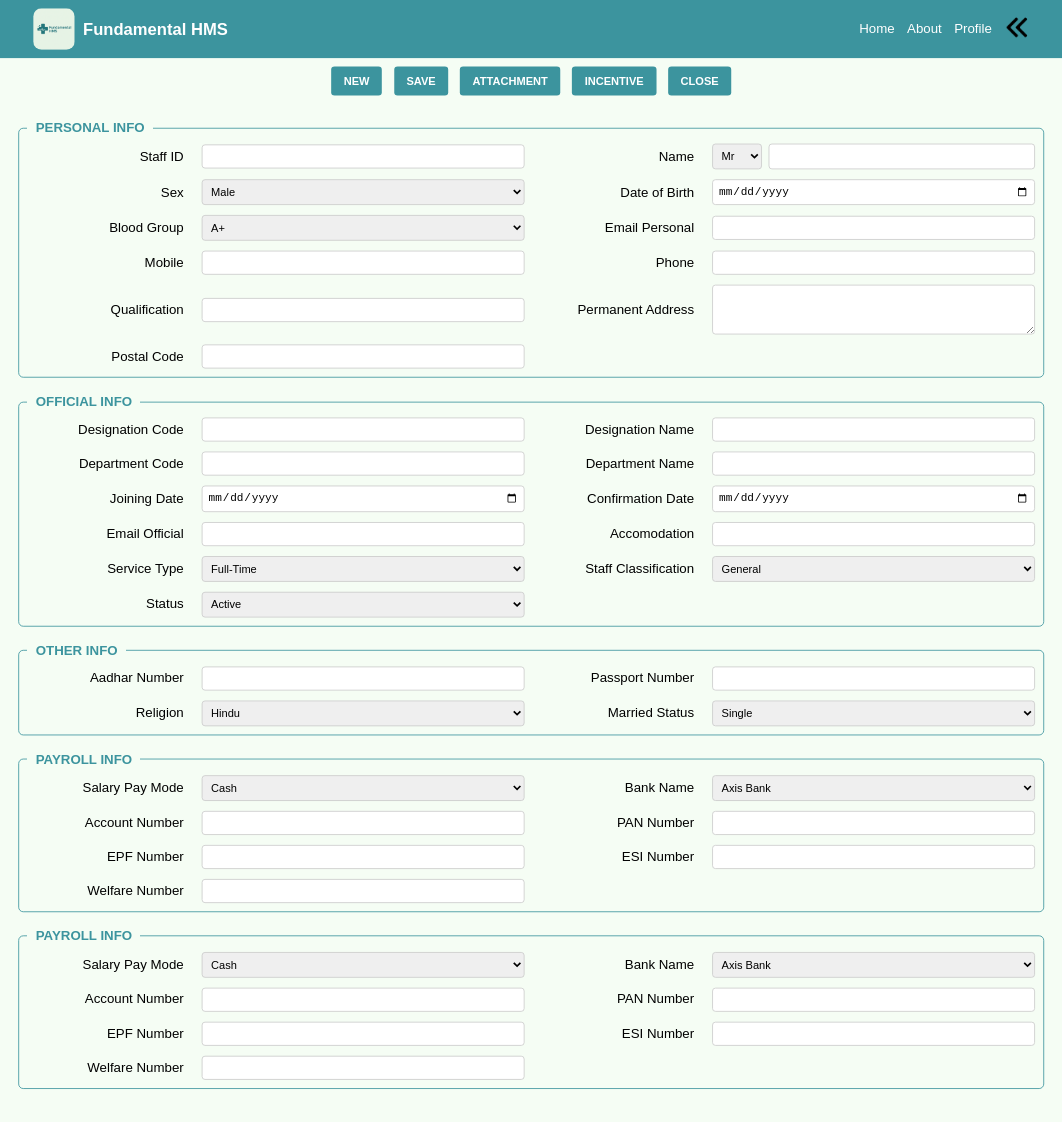
Repository: NAGENDRAN0/New
Page: http://localhost/staff
The author's editor kept a copy of each file at every save. The page is drawn from the files as they stood at one save, then again after the next save.
The browser window is 1280 px wide. The pictures show the whole page, at 83% of full size.
The page is this project's Thymeleaf template; nobody is signed in. The template is opened directly, without the code that normally fills it, so the values that code supplies are empty.

Above is the page before, as saved 2025-05-19 11:01:54.

After the next save:
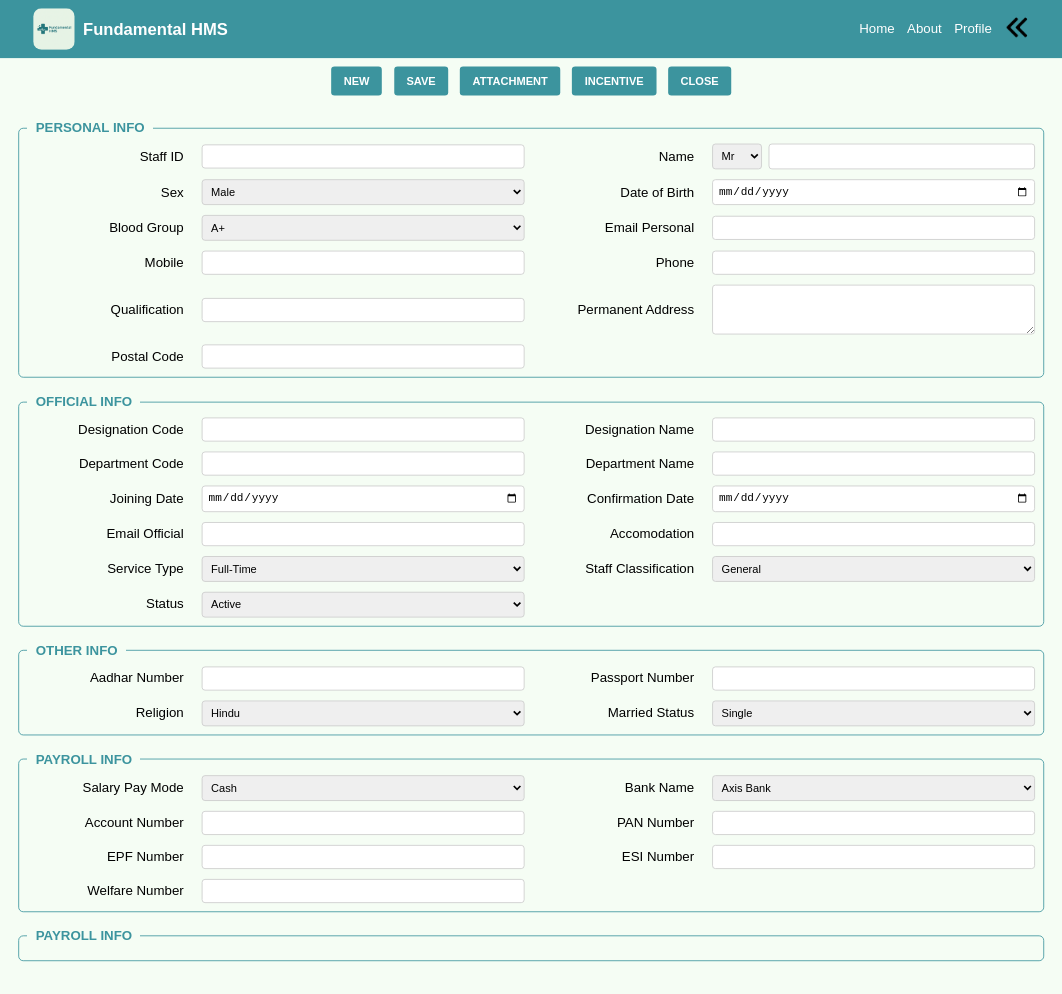
Saved 23 s later.
--- a/Documents/workspace-spring-tool-suite-4-4.25.0.RELEASE/HMS/src/main/resources/templates/staff.html
+++ b/Documents/workspace-spring-tool-suite-4-4.25.0.RELEASE/HMS/src/main/resources/templates/staff.html
@@ -297,35 +297,8 @@
 		</fieldset>
 		<fieldset>
 					<legend>PAYROLL INFO</legend>
-					<div class="grid">
-						<label>Salary Pay Mode</label>
-						<select>
-							<option>Cash</option>
-							<option>Bank</option>
-						</select>
-
-						<label>Bank Name</label>
-						<select>
-							<option>Axis Bank</option>
-							<option>Other</option>
-
-						</select>
-
-						<label>Account Number</label>
-						<input type="text">
-
-						<label>PAN Number</label>
-						<input type="text">
-
-						<label>EPF Number</label>
-						<input type="text">
-
-						<label>ESI Number</label>
-						<input type="text">
-
-						<label>Welfare Number</label>
-						<input type="text">
-					</div>
+
+
 				</fieldset>
 	</form>
 </body>
